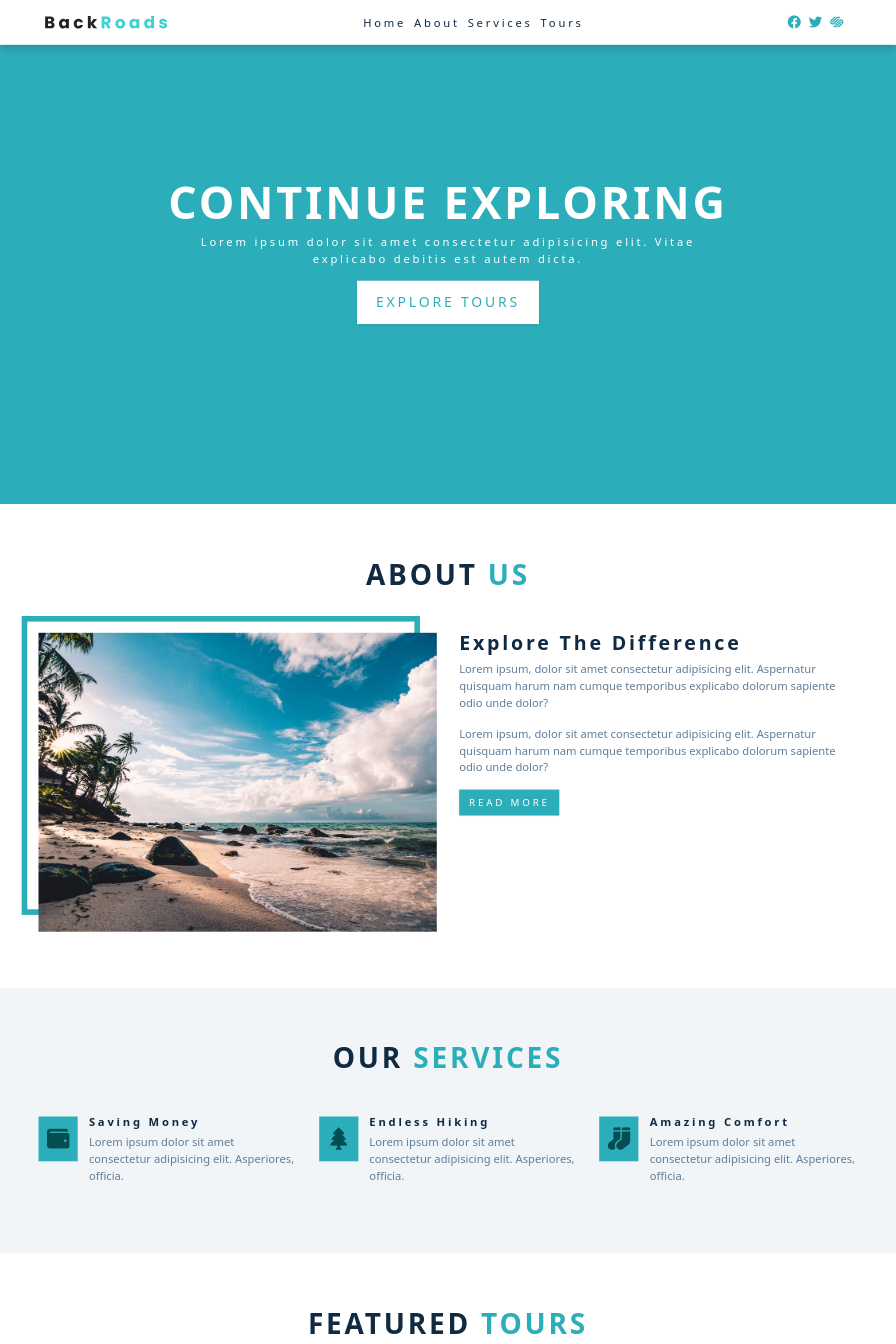
Repository: EdurdodaSilva/Ract_Basic
Page: /
The author's editor kept a copy of each file at every save. The page is drawn from the files as they stood at one save, then again after the next save.
The browser window is 1280 px wide. The pictures show the part of the page from y = 0 to 1920 px (the page is 3359 px tall), at 70% of full size.
Some web libraries are served in a nearby version. The project was rebuilt for these pictures with package versions that can differ from the ones it lists, and the page was loaded fresh each time.

Above is the page before, as saved 2024-08-29 09:14:44.

### public/index.html
<!DOCTYPE html>
<html lang="en">

<head>
  <meta charset="utf-8" />
  <link rel="icon" href="%PUBLIC_URL%/favicon.ico" />
  <meta name="viewport" content="width=device-width, initial-scale=1" />
  <meta name="theme-color" content="#000000" />
  <meta name="description" content="Web site created using create-react-app" />
  <link rel="apple-touch-icon" href="%PUBLIC_URL%/favicon.ico" />
  <!--
      manifest.json provides metadata used when your web app is installed on a
      user's mobile device or desktop. See https://developers.google.com/web/fundamentals/web-app-manifest/
    -->
  <link rel="manifest" href="%PUBLIC_URL%/manifest.json" />
  <!--
      Notice the use of %PUBLIC_URL% in the tags above.
      It will be replaced with the URL of the `public` folder during the build.
      Only files inside the `public` folder can be referenced from the HTML.

      Unlike "/favicon.ico" or "favicon.ico", "%PUBLIC_URL%/favicon.ico" will
      work correctly both with client-side routing and a non-root public URL.
      Learn how to configure a non-root public URL by running `npm run build`.
    -->
  <!-- font-awesome -->
  <link rel="stylesheet" href="https://cdnjs.cloudflare.com/ajax/libs/font-awesome/5.12.0/css/all.min.css"
    integrity="sha512-c93ifPoTvMdEJH/rKIcBx//AL1znq9+4/RmMGafI/vnTFe/dKwnn1uoeszE2zJBQTS1Ck5CqSBE+34ng2PthJg=="
    crossorigin="anonymous" referrerpolicy="no-referrer" />
  <title>BackRoads App</title>
</head>

<body>
  <noscript>You need to enable JavaScript to run this app.</noscript>
  <div id="root"></div>
  <!--
      This HTML file is a template.
      If you open it directly in the browser, you will see an empty page.

      You can add webfonts, meta tags, or analytics to this file.
      The build step will place the bundled scripts into the <body> tag.

      To begin the development, run `npm start` or `yarn start`.
      To create a production bundle, use `npm run build` or `yarn build`.
    -->
</body>

</html>

### src/index.css
/*
===============
Variables
===============
*/

:root {
    /* dark shades of primary color*/
    --clr-primary-1: hsl(184, 91%, 17%);
    --clr-primary-2: hsl(185, 84%, 25%);
    --clr-primary-3: hsl(185, 81%, 29%);
    --clr-primary-4: hsl(184, 77%, 34%);
    /* primary/main color */
    --clr-primary-5: hsl(185, 62%, 45%);
    /* lighter shades of primary color */
    --clr-primary-6: hsl(185, 57%, 50%);
    --clr-primary-7: hsl(184, 65%, 59%);
    --clr-primary-8: hsl(184, 80%, 74%);
    --clr-primary-9: hsl(185, 94%, 87%);
    --clr-primary-10: hsl(186, 100%, 94%);
    /* darkest grey - used for headings */
    --clr-grey-1: hsl(209, 61%, 16%);
    --clr-grey-2: hsl(211, 39%, 23%);
    --clr-grey-3: hsl(209, 34%, 30%);
    --clr-grey-4: hsl(209, 28%, 39%);
    /* grey used for paragraphs */
    --clr-grey-5: hsl(210, 22%, 49%);
    --clr-grey-6: hsl(209, 23%, 60%);
    --clr-grey-7: hsl(211, 27%, 70%);
    --clr-grey-8: hsl(210, 31%, 80%);
    --clr-grey-9: hsl(212, 33%, 89%);
    --clr-grey-10: hsl(210, 36%, 96%);
    --clr-white: #fff;
    --ff-primary: "Lato", sans-serif;
    --transition: all 0.3s linear;
    --spacing: 0.25rem;
    --radius: 0.5rem;
    --light-shadow: 0 5px 15px rgba(0, 0, 0, 0.1);
    --dark-shadow: 0 5px 15px rgba(0, 0, 0, 0.2);
}
/*
===============
Global Styles
===============
*/

* {
    margin: 0;
    padding: 0;
    box-sizing: border-box;
}
html {
    scroll-behavior: smooth;
}
body {
    font-family: system-ui, -apple-system, BlinkMacSystemFont, "Segoe UI",
        Roboto, Oxygen, Ubuntu, Cantarell, "Open Sans", "Helvetica Neue",
        sans-serif;
    background: var(--clr-white);
    color: var(--clr-grey-1);
    line-height: 1.5;
    font-size: 0.875rem;
}
ul {
    list-style-type: none;
}
a {
    text-decoration: none;
}
img:not(.nav-logo) {
    width: 100%;
    display: block;
}

h1,
h2,
h3,
h4 {
    letter-spacing: var(--spacing);
    text-transform: capitalize;
    line-height: 1.25;
    margin-bottom: 0.75rem;
}
h1 {
    font-size: 3rem;
}
h2 {
    font-size: 2rem;
}
h3 {
    font-size: 1.25rem;
}
h4 {
    font-size: 0.875rem;
}
p {
    margin-bottom: 1.25rem;
    color: var(--clr-grey-5);
}
@media screen and (min-width: 800px) {
    h1 {
        font-size: 4rem;
    }
    h2 {
        font-size: 2.5rem;
    }
    h3 {
        font-size: 1.75rem;
    }
    h4 {
        font-size: 1rem;
    }
    body {
        font-size: 1rem;
    }
    h1,
    h2,
    h3,
    h4 {
        line-height: 1;
    }
}
/*  global classes */

.btn {
    text-transform: uppercase;
    background: var(--clr-primary-5);
    color: var(--clr-white);
    padding: 0.375rem 0.75rem;
    letter-spacing: var(--spacing);
    display: inline-block;
    /* font-weight: 700; */
    transition: var(--transition);
    font-size: 0.875rem;
    border: 2px solid transparent;
    cursor: pointer;
    box-shadow: 0 1px 3px rgba(0, 0, 0, 0.2);
}
.btn:hover {
    color: var(--clr-primary-1);
    background: var(--clr-primary-8);
}
/* section */
.section {
    padding: 5rem 0;
    scroll-margin-top: 4rem;
}
.section-title {
    text-align: center;
    margin-bottom: 4rem;
}
.section-title h2 {
    text-transform: uppercase;
}
.section-title span {
    color: var(--clr-primary-5);
}
.section-center {
    width: 90vw;
    margin: 0 auto;
    max-width: 1170px;
}
@media screen and (min-width: 992px) {
    .section-center {
        width: 95vw;
    }
}

/*
===============
Hero
===============
*/

.hero {
    min-height: 100vh;
    background: var(--clr-primary-5);
    display: flex;
    justify-content: center;
    align-items: center;
}
.hero-banner {
    text-align: center;
    color: var(--clr-white);
    padding: 0 3rem;
}
.hero-banner h1 {
    text-transform: uppercase;
}
.hero-banner p {
    max-width: 35rem;
    margin-left: auto;
    margin-right: auto;
    color: var(--clr-white);
    letter-spacing: var(--spacing);
}
.hero-btn {
    padding: 0.9rem 1.6rem;
    font-size: 1.25rem;
    background: var(--clr-white);
    color: var(--clr-primary-5);
}
.hero-btn:hover {
    background: transparent;
    color: var(--clr-white);
    border-color: var(--clr-white);
}
@media screen and (min-width: 768px) {
    /* .hero {
        background: linear-gradient(rgb(44, 174, 186, 0.7), rgba(0, 0, 0, 0.7)),
            url("../images/main.jpeg") center/cover no-repeat;
    } */
    .hero-banner {
        padding: 0;
    }
    .hero-banner p {
        max-width: 45rem;
    }
}
/*
===============
About
===============
*/
/* section added to globals */
/* title added to globals */
/* section center added to globals */
.about-img,
.about-info {
    margin-bottom: 2rem;
}

@media screen and (min-width: 992px) {
    .about-center {
        display: grid;
        grid-template-columns: 1fr 1fr;
        column-gap: 2rem;
    }
    .about-img,
    .about-info {
        margin-bottom: 0;
    }
}
@media screen and (min-width: 1170px) {
    .about-img::before {
        content: "";
        position: absolute;
        width: 100%;
        height: 100%;
        border: 0.5rem solid var(--clr-primary-5);
        box-sizing: border-box;
        top: -1.5rem;
        left: -1.5rem;
    }

    .about-img {
        position: relative;
    }
    .about-photo {
        position: relative;
    }
}
/*
===============
Services
===============
*/
.services {
    background: var(--clr-grey-10);
}
.service {
    text-align: center;
    margin-bottom: 3rem;
}
.service-icon {
    background: var(--clr-primary-5);
    color: var(--clr-primary-1);
    padding: 0.5rem;
    display: inline-block;
    font-size: 2rem;
    margin-bottom: 1.5rem;
}
.service-text {
    max-width: 20rem;
    margin-left: auto;
    margin-right: auto;
}

@media screen and (min-width: 576px) {
    .services-center {
        display: grid;
        grid-template-columns: 1fr 1fr;
        gap: 2rem;
    }
    .service {
        margin-bottom: 0rem;
    }
}
@media screen and (min-width: 992px) {
    .services-center {
        grid-template-columns: 1fr 1fr 1fr;
    }
}
@media screen and (min-width: 1170px) {
    .service {
        display: flex;
        text-align: left;
    }
    .service-icon {
        align-self: start;
    }
    .service-info {
        padding-left: 1rem;
    }
    .service-title {
        margin-bottom: 0.5rem;
    }
}

/*
===============
Featured Tours
===============
*/

.tour-card {
    transition: var(--transition);
    background: var(--clr-grey-10);
    box-shadow: 0 5px 15px rgba(0, 0, 0, 0.1);
    margin-bottom: 2rem;
}
.tour-card:hover {
    box-shadow: 0 5px 15px rgba(0, 0, 0, 0.2);
    transform: scale(1.02);
}
.tour-img-container {
    position: relative;
}
.tour-img {
    height: 15rem;
    object-fit: cover;
}
.tour-date {
    position: absolute;
    right: 0;
    bottom: 0;
    background: var(--clr-primary-8);
    color: var(--clr-primary-1);
    text-transform: capitalize;
    padding: 0.25rem 0.5rem;
    margin-bottom: 0;
}
.tour-info {
    padding: 1.25rem 1.5rem;
}
/* additional css for different layout*/
.tour-title {
    display: flex;
    justify-content: space-between;
    flex-wrap: wrap;
}
.tour-title p,
.tour-title h4 {
    margin-bottom: 0.75rem;
    line-height: 1.25;
}
.tour-title p {
    color: var(--clr-grey-7);
}
/* end of additional css for different layout*/
.tour-footer {
    display: flex;
    justify-content: space-between;
    flex-wrap: wrap;
    align-items: center;
}
.tour-footer p {
    line-height: 0;
    margin-bottom: 0;
    text-transform: capitalize;
    color: var(--clr-primary-5);
}
.tour-footer p span {
    margin-right: 0.25rem;
}
.tour-btn {
    text-align: center;
}
@media screen and (min-width: 768px) {
    .featured-center {
        display: grid;
        grid-template-columns: 1fr 1fr;
        gap: 2rem;
    }
}
@media screen and (min-width: 1170px) {
    .featured-center {
        grid-template-columns: 1fr 1fr 1fr;
    }
}

/*
===============
Footer
===============
*/
.footer {
    background: var(--clr-grey-1);
    text-align: center;
    padding-left: 2rem;
    padding-right: 2rem;
}
.footer-links,
.footer-icons {
    display: flex;
    justify-content: center;
    margin-bottom: 1.5rem;
    flex-wrap: wrap;
}
.footer-link {
    color: var(--clr-white);
    text-transform: capitalize;
    font-size: 1rem;
    margin-right: 1rem;
    letter-spacing: var(--spacing);
    transition: var(--transition);
}
.footer-link:hover {
    color: var(--clr-primary-5);
}
.footer-icon {
    font-size: 2rem;
    margin-right: 1rem;
    color: var(--clr-white);
    transition: var(--transition);
}
.footer-icon:hover {
    color: var(--clr-primary-5);
}
.copyright {
    text-transform: capitalize;
    letter-spacing: var(--spacing);
    color: var(--clr-white);
}
.copyright span {
    margin-left: 0.5rem;
}
/*
===============
Navbar
===============
*/
/* add :not(.nav-logo) to img */

.navbar {
    position: fixed;
    top: 0;
    left: 0;
    width: 100%;
    background: var(--clr-white);
    box-shadow: var(--dark-shadow);
    z-index: 2;
    height: 4rem;
    display: flex;
    align-items: center;
}
.nav-icons {
    display: none;
}
.nav-center {
    width: 90vw;
    max-width: 1170px;
    margin: 0 auto;
}
.nav-header {
    display: flex;
    justify-content: space-between;
    align-items: center;
}
.nav-toggle {
    background: transparent;
    border: none;
    outline: none;
    font-size: 1.5rem;
    color: var(--clr-primary-5);
    cursor: pointer;
    transition: var(--transition);
}
.nav-toggle:hover {
    transform: scale(1.2);
}
.nav-link {
    display: block;
    padding: 1rem 2rem;
    text-transform: capitalize;
    letter-spacing: var(--spacing);
    transition: var(--transition);
    color: var(--clr-grey-1);
    cursor: pointer;
    font-size: 1rem;
}
.nav-link:hover {
    color: var(--clr-primary-1);
    background: var(--clr-primary-8);
    padding-left: 2.25rem;
}
/* nav toggle functionality */
.nav-links {
    height: 0;
    overflow: hidden;
    transition: var(--transition);
}
.show-links {
    height: 280px;
}
/* nav at bigger screen size */
@media screen and (min-width: 992px) {
    /* hide nav toggle button */
    .nav-toggle {
        display: none;
    }
    /* show links */
    .nav-links {
        height: auto;
        display: flex;
    }
    .nav-center {
        display: flex;
        justify-content: space-between;
        align-items: center;
        /* optional */
        flex-wrap: wrap;
    }
    .nav-header {
        padding: 0 0;
    }
    .nav-link {
        padding: 0 0;
    }
    .nav-link:hover {
        padding: 0;
        color: var(--clr-primary-5);
        background: transparent;
    }
    .nav-icons {
        display: flex;
    }

    .nav-link {
        margin-right: 0.7rem;
    }
    .nav-icon {
        margin-right: 0.7rem;
        color: var(--clr-primary-5);
        font-size: 1.2rem;
        transition: var(--transition);
    }
    .nav-icon:hover {
        color: var(--clr-primary-8);
    }
}

### src/App.js
import About from "./components/About";
import Featured from "./components/Featured";
import Footer from "./components/Footer";
import Hero from "./components/Hero";
import Navbar from "./components/Navbar";
import Services from "./components/Services";

function App() {
    return (
        <>
            <Navbar />
            <Hero />
            <About />
            <Services />
            <Featured />
            <Footer />
        </>
    );
}

export default App;

### src/components/About.js
import React from "react";
import about from "../images/about.jpeg";

const About = () => {
    return (
        <section className="section" id="about">
            <div className="section-title">
                <h2>
                    about <span>us</span>
                </h2>
            </div>

            <div className="section-center about-center">
                <div className="about-img">
                    <img
                        src={about}
                        className="about-photo"
                        alt="awesome beach"
                    />
                </div>
                <article className="about-info">
                    <h3>explore the difference</h3>
                    <p>
                        Lorem ipsum, dolor sit amet consectetur adipisicing
                        elit. Aspernatur quisquam harum nam cumque temporibus
                        explicabo dolorum sapiente odio unde dolor?
                    </p>
                    <p>
                        Lorem ipsum, dolor sit amet consectetur adipisicing
                        elit. Aspernatur quisquam harum nam cumque temporibus
                        explicabo dolorum sapiente odio unde dolor?
                    </p>
                    <a href="#" className="btn">
                        read more
                    </a>
                </article>
            </div>
        </section>
    );
};

export default About;

### src/components/Hero.js
import React from "react";

const Hero = () => {
    return (
        <section className="hero" id="home">
            <div className="hero-banner">
                <h1>continue exploring</h1>
                <p>
                    Lorem ipsum dolor sit amet consectetur adipisicing elit.
                    Vitae explicabo debitis est autem dicta.
                </p>
                <a href="#tours" className="btn hero-btn">
                    explore tours
                </a>
            </div>
        </section>
    );
};

export default Hero;

### src/components/Navbar.js
import React from "react";
import logo from "../images/logo.svg";
import { pageLinks, socialLinks } from "../data";

const Navbar = () => {
    return (
        <nav className="navbar">
            <div className="nav-center">
                <div className="nav-header">
                    <img src={logo} className="nav-logo" alt="backroads" />
                    <button
                        type="button"
                        className="nav-toggle"
                        id="nav-toggle"
                    >
                        <i className="fas fa-bars"></i>
                        <></>
                    </button>
                </div>
                {/* <!-- left this comment on purpose --> */}
                <ul className="nav-links" id="nav-links">
                    {pageLinks.map((links) => {
                        return (
                            <li key={links.id}>
                                <a href={links.href} className="nav-link">
                                    {links.text}
                                </a>
                            </li>
                        );
                    })}
                </ul>

                <ul className="nav-icons">
                    {socialLinks.map((link) => {
                        const { id, href, icon } = link;
                        return (
                            <li key={id}>
                                <a
                                    href={href}
                                    target="_blank"
                                    className="nav-icon"
                                    rel="noreferrer"
                                >
                                    <>
                                        <i className={icon}></i>
                                    </>
                                </a>
                            </li>
                        );
                    })}
                </ul>
            </div>
        </nav>
    );
};

export default Navbar;

### src/data.js
export const pageLinks = [
    { id: 1, href: "#home", text: "home" },
    { id: 2, href: "#about", text: "about" },
    { id: 3, href: "#services", text: "services" },
    { id: 4, href: "#tours", text: "tours" },
];

export const socialLinks = [
    {
        id: 1,
        href: "https://www.twitter.com",
        icon: "fab fa-facebook",
    },
    {
        id: 2,
        href: "https://www.twitter.com",
        icon: "fab fa-twitter",
    },
    {
        id: 3,
        href: "https://www.twitter.com",
        icon: "fab fa-squarespace",
    },
];

Loaded but not shown: src/index.js (common file); src/components/Featured.js (127 lines, source omitted); src/components/Footer.js (68 lines, source omitted); src/components/Services.js (55 lines, source omitted)

After the next save:
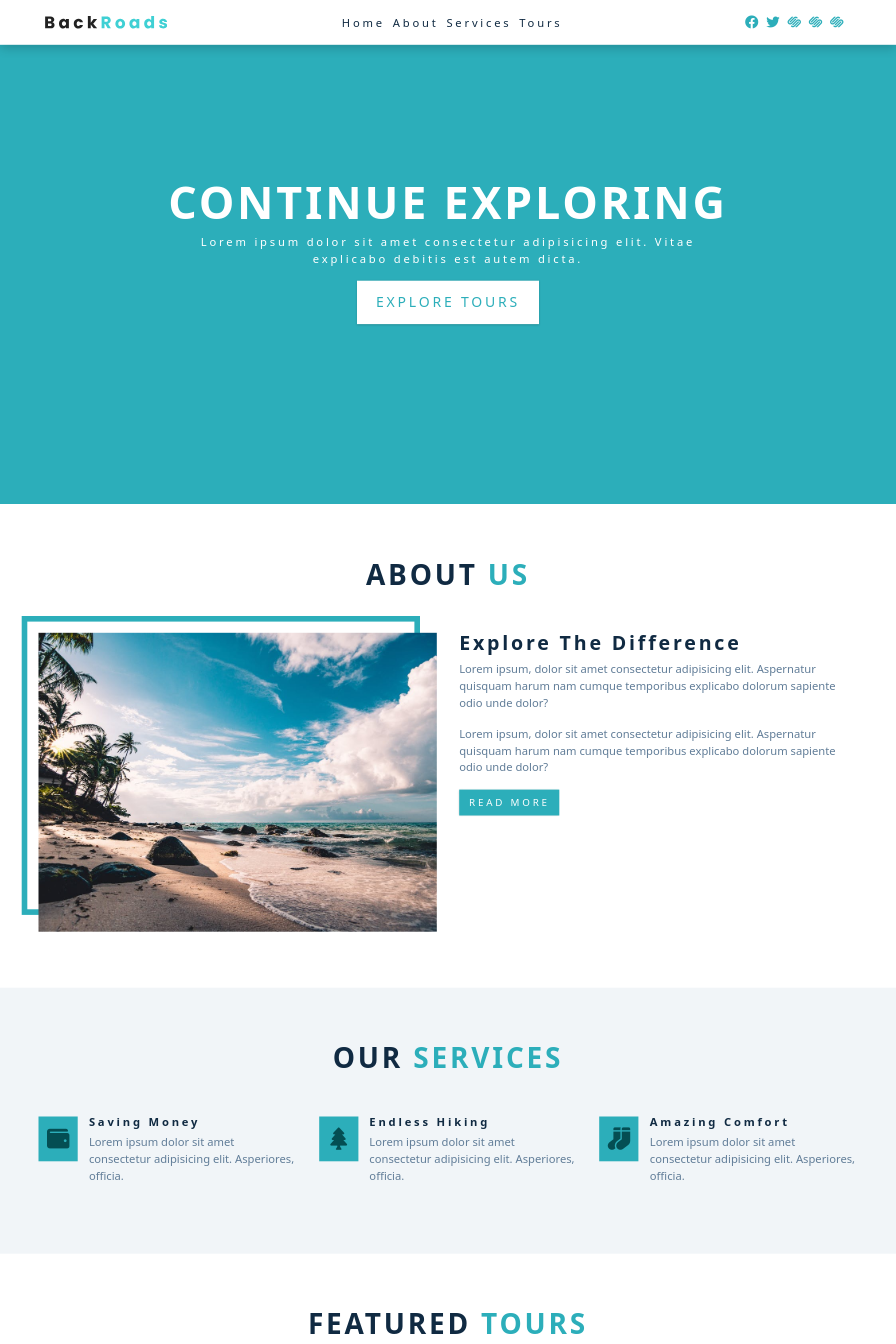
Saved 8 min 42 s later.
--- a/src/data.js
+++ b/src/data.js
@@ -21,4 +21,14 @@
         href: "https://www.twitter.com",
         icon: "fab fa-squarespace",
     },
+    {
+        id: 3,
+        href: "https://www.twitter.com",
+        icon: "fab fa-squarespace",
+    },
+    {
+        id: 3,
+        href: "https://www.twitter.com",
+        icon: "fab fa-squarespace",
+    },
 ];

After the 3 saves that followed:
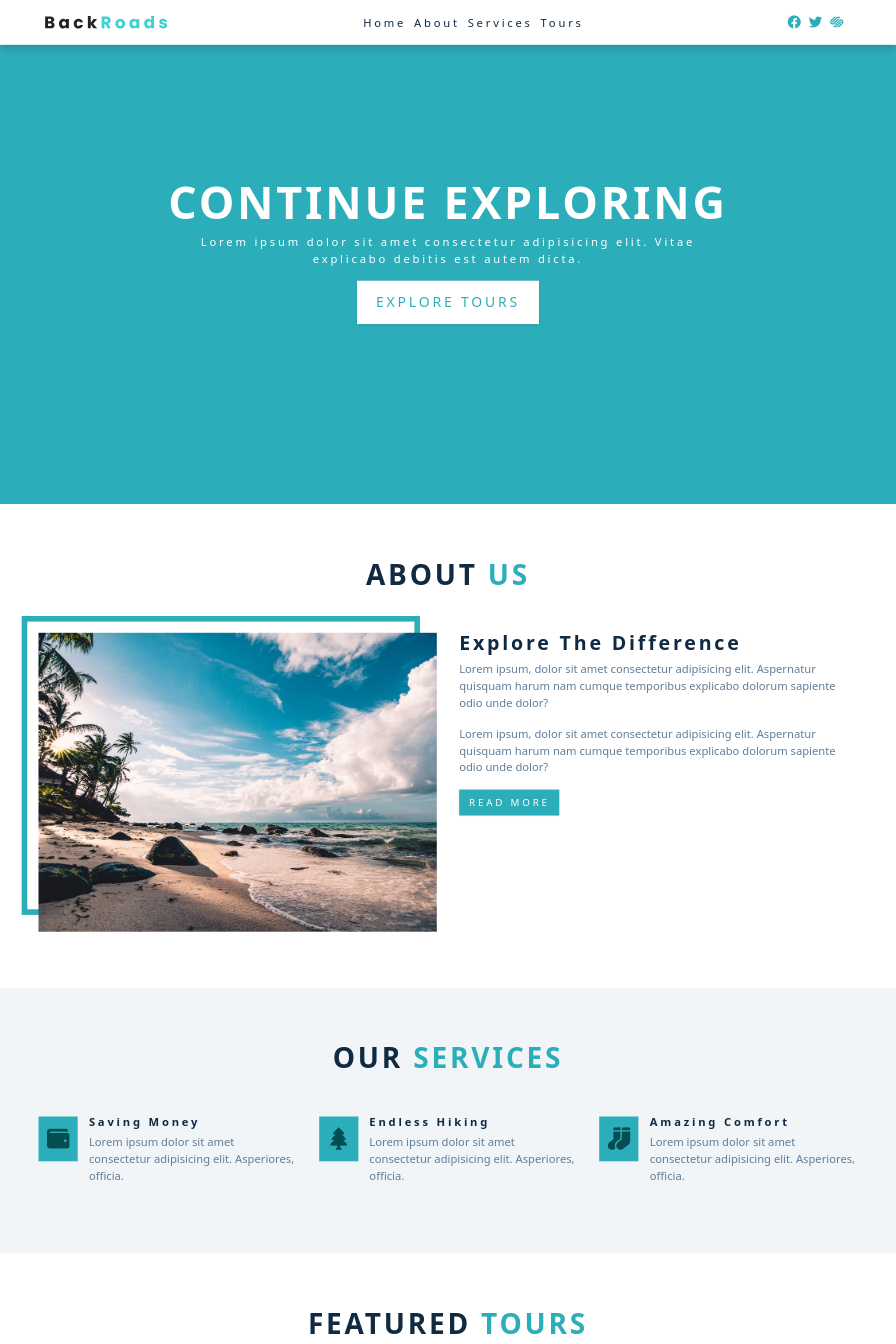
The 3 saves are shown as one change because 1 did not build or start and 1 left the picture as it was.
The last was saved 3 min 44 s later.
--- a/src/data.js
+++ b/src/data.js
@@ -21,14 +21,4 @@
         href: "https://www.twitter.com",
         icon: "fab fa-squarespace",
     },
-    {
-        id: 3,
-        href: "https://www.twitter.com",
-        icon: "fab fa-squarespace",
-    },
-    {
-        id: 3,
-        href: "https://www.twitter.com",
-        icon: "fab fa-squarespace",
-    },
 ];
